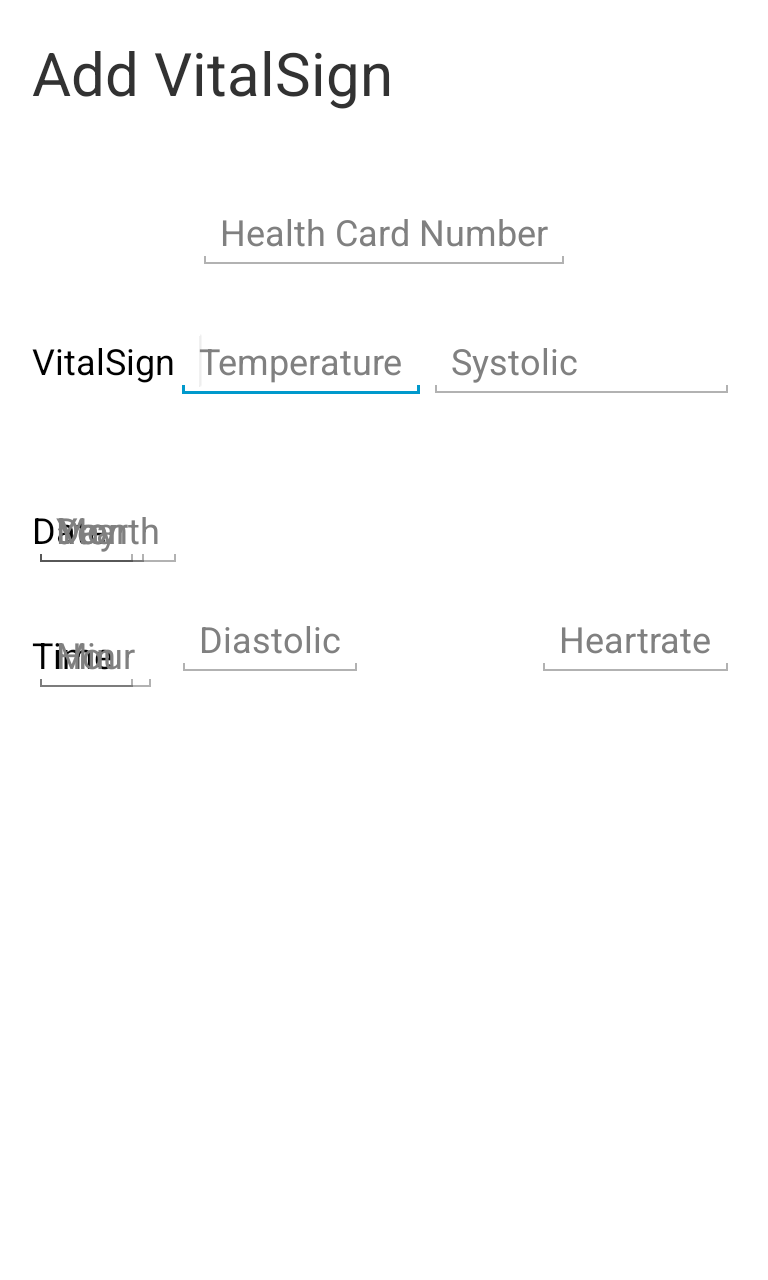
Repository: wangyuan0915/ER
Layout: workspace2/phase3/res/layout/activity_add_vital_sign.xml
The author's editor kept a copy of each file at every save. The layout is drawn from the files as they stood at one save, then again after the next save.
It is drawn on a 768 x 1280 px phone screen (xhdpi) without system bars, with theme AppTheme; the app's code is not run.

Above is the layout before, as saved 2013-11-24 06:26:07.

### workspace2/phase3/res/layout/activity_add_vital_sign.xml
<RelativeLayout xmlns:android="http://schemas.android.com/apk/res/android"
    xmlns:tools="http://schemas.android.com/tools"
    android:layout_width="match_parent"
    android:layout_height="match_parent"
    android:paddingBottom="@dimen/activity_vertical_margin"
    android:paddingLeft="@dimen/activity_horizontal_margin"
    android:paddingRight="@dimen/activity_horizontal_margin"
    android:paddingTop="@dimen/activity_vertical_margin"
    tools:context=".AddVitalSignActivity" >

    <TextView
        android:id="@+id/addvitalsign"
        android:layout_width="wrap_content"
        android:layout_height="wrap_content"
        android:layout_alignParentLeft="true"
        android:layout_alignParentTop="true"
        android:textSize="30sp"
        android:text="@string/Add_VitalSign" />

    <EditText
        android:id="@+id/healthcardnum"
        android:layout_width="wrap_content"
        android:layout_height="wrap_content"
        android:layout_below="@+id/addvitalsign"
        android:layout_centerHorizontal="true"
        android:layout_marginTop="40dp"
        android:hint="@string/Health_Card_Number"
        android:textAppearance="?android:attr/textAppearanceMedium" />

    <TextView
        android:id="@+id/VitalSign"
        android:layout_width="wrap_content"
        android:layout_height="wrap_content"
        android:layout_alignLeft="@+id/addvitalsign"
        android:layout_below="@+id/healthcardnum"
        android:layout_marginTop="32dp"
        android:text="@string/VitalSign"
        android:textAppearance="?android:attr/textAppearanceMedium" />

    <EditText
        android:id="@+id/temperature"
        android:layout_width="wrap_content"
        android:layout_height="wrap_content"
        android:layout_alignBaseline="@+id/VitalSign"
        android:layout_alignBottom="@+id/VitalSign"
        android:layout_toRightOf="@+id/VitalSign"
        android:hint="@string/Temperature"
        android:inputType="numberDecimal"
        android:textAppearance="?android:attr/textAppearanceMedium" >

        <requestFocus />
    </EditText>

    <EditText
        android:id="@+id/systolic"
        android:layout_width="wrap_content"
        android:layout_height="wrap_content"
        android:layout_alignBaseline="@+id/temperature"
        android:layout_alignBottom="@+id/temperature"
        android:layout_toRightOf="@+id/temperature"
        android:ems="10"
        android:hint="@string/Systolic"
        android:textAppearance="?android:attr/textAppearanceMedium" />

    <EditText
        android:id="@+id/diastolic"
        android:layout_width="wrap_content"
        android:layout_height="wrap_content"
        android:layout_alignLeft="@+id/temperature"
        android:layout_centerVertical="true"
        android:hint="@string/Diastolic"
        android:textAppearance="?android:attr/textAppearanceMedium" />

    <EditText
        android:id="@+id/heartrate"
        android:layout_width="wrap_content"
        android:layout_height="wrap_content"
        android:layout_alignRight="@+id/systolic"
        android:layout_centerVertical="true"
        android:hint="@string/Heartrate"
        android:textAppearance="?android:attr/textAppearanceMedium" />

    <TextView
        android:id="@+id/current_date"
        android:layout_width="wrap_content"
        android:layout_height="wrap_content"
        android:layout_alignLeft="@+id/VitalSign"
        android:layout_below="@+id/VitalSign"
        android:layout_marginTop="60dp"
        android:text="@string/Date"
        android:textAppearance="?android:attr/textAppearanceMedium" />

    <EditText
        android:id="@+id/current_year"
        android:layout_width="wrap_content"
        android:layout_height="wrap_content"
        android:layout_alignBaseline="@+id/current_date"
        android:layout_alignBottom="@+id/current_date"
        android:layout_alignLeft="@+id/birth_of_year"
        android:layout_toLeftOf="@+id/birth_of_month"
        android:inputType="number"
        android:hint="@string/Year"
        android:textAppearance="?android:attr/textAppearanceMedium" />

    <EditText
        android:id="@+id/current_month"
        android:layout_width="wrap_content"
        android:layout_height="wrap_content"
        android:layout_alignBaseline="@+id/current_date"
        android:layout_alignBottom="@+id/current_date"
        android:layout_alignLeft="@+id/birth_of_month"
        android:layout_toLeftOf="@+id/birth_of_day"
        android:inputType="number"
        android:hint="@string/Month"
        android:textAppearance="?android:attr/textAppearanceMedium" />




    <EditText
        android:id="@+id/current_day"
        android:layout_width="wrap_content"
        android:layout_height="wrap_content"
        android:layout_alignBaseline="@+id/current_date"
        android:layout_alignBottom="@+id/current_date"
        android:layout_alignLeft="@+id/birth_of_day"
        android:inputType="number"
        android:hint="@string/Day"
        android:textAppearance="?android:attr/textAppearanceMedium" />

    <TextView
        android:id="@+id/current_time"
        android:layout_width="wrap_content"
        android:layout_height="wrap_content"
        android:layout_alignLeft="@+id/current_date"
        android:layout_below="@+id/current_year"
        android:layout_marginTop="30dp"
        android:text="@string/Time"
        android:textAppearance="?android:attr/textAppearanceMedium" />

    <EditText
        android:id="@+id/current_hour"
        android:layout_width="wrap_content"
        android:layout_height="wrap_content"
        android:layout_alignBaseline="@+id/current_time"
        android:layout_alignBottom="@+id/current_time"
        android:layout_alignLeft="@+id/current_year"
        android:inputType="number"
        android:hint="@string/Hour"
        android:textAppearance="?android:attr/textAppearanceMedium" />

    <EditText
        android:id="@+id/current_minute"
        android:layout_width="wrap_content"
        android:layout_height="wrap_content"
        android:layout_alignBaseline="@+id/current_hour"
        android:layout_alignBottom="@+id/current_hour"
        android:layout_alignRight="@+id/current_day"
        android:inputType="number"
        android:hint="@string/Minute"
        android:textAppearance="?android:attr/textAppearanceMedium" />

</RelativeLayout>

### workspace2/phase3/res/values/strings.xml
<?xml version="1.0" encoding="utf-8"?>
<resources>

    <string name="app_name">phase3</string>
    <string name="action_settings">Settings</string>
    <string name="hello_world">Hello world!</string>
    <string name="Login">Login</string>
    <string name="username">username</string>
    <string name="password">password</string>
    <string name="Nurse">Nurse</string>
    <string name="Physician">Physician</string>
    <string name="login">login</string>
    <string name="title_activity_choice">ChoiceActivity</string>
    <string name="title_activity_physician__choice">Physician_ChoiceActivity</string>
    <string name="Hello">Hello</string>
    <string name="Add_a_new_patient">Add a new patient</string>
    <string name="Add_VitalSign">Add VitalSign</string>
    <string name="title_activity_new_patient">NewPatientActivity</string>
    <string name="title_activity_add_vital_sign">AddVitalSignActivity</string>
    <string name="New_Patient">New Patient</string>
    <string name="patient_name">patient\'s name</string>
    <string name="Health_Card_Number">Health Card Number</string>
    <string name="Birthday">Birthday</string>
    <string name="Year">Year</string>
    <string name="Month">Month</string>
    <string name="Day">Day</string>
    <string name="Date">Date</string>
    <string name="Time">Time</string>
    <string name="Hour">Hour</string>
    <string name="Minute">Minute</string>
    <string name="Submit">Submit</string>
    <string name="VitalSign">VitalSign</string>
    <string name="Temperature">Temperature</string>
    <string name="Systolic">Systolic</string>
    <string name="Diastolic">Diastolic</string>
    <string name="Heartrate">Heartrate</string>

</resources>

Loaded but not shown: workspace2/phase3/res/values/styles.xml (common file); workspace2/phase3/res/values-v11/styles.xml (common file); workspace2/phase3/res/values-v14/styles.xml (common file); workspace2/phase3/res/values/dimens.xml (common file)

After the next save:
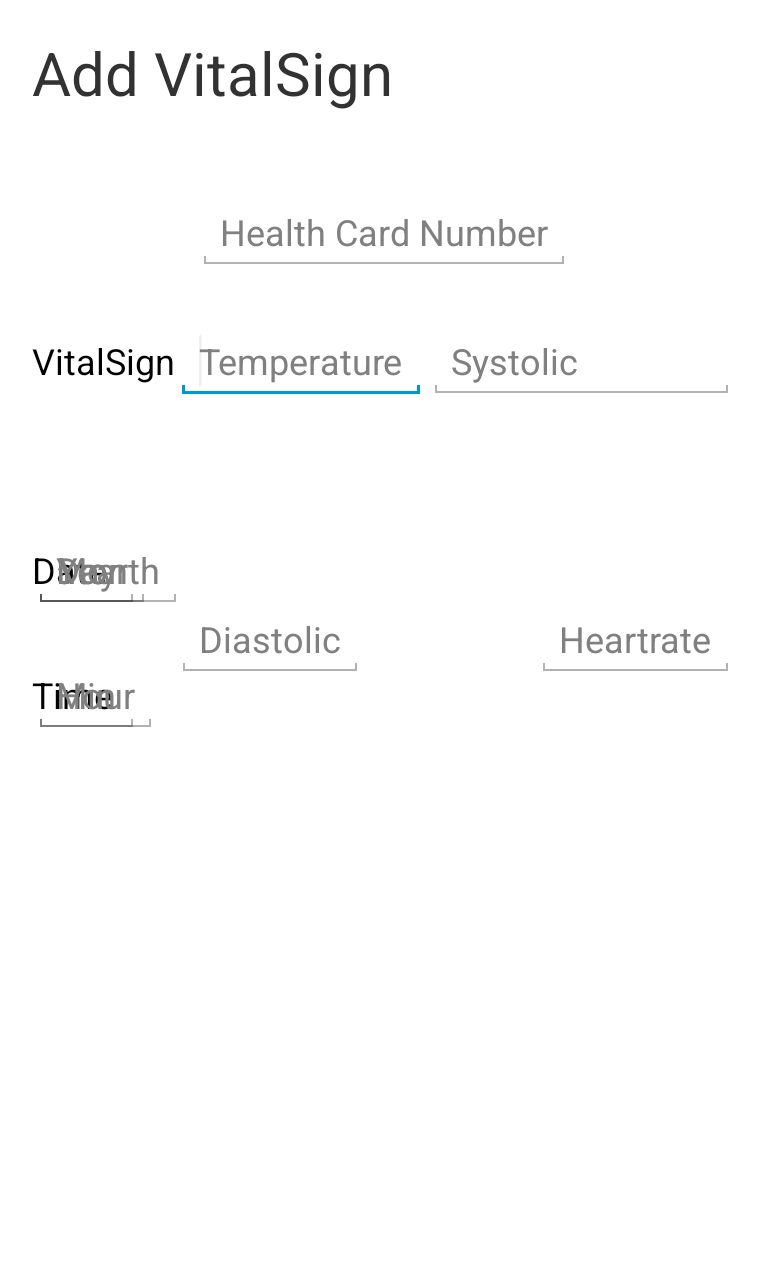
Saved 12 s later.
--- a/workspace2/phase3/res/layout/activity_add_vital_sign.xml
+++ b/workspace2/phase3/res/layout/activity_add_vital_sign.xml
@@ -86,7 +86,7 @@
         android:layout_height="wrap_content"
         android:layout_alignLeft="@+id/VitalSign"
         android:layout_below="@+id/VitalSign"
-        android:layout_marginTop="60dp"
+        android:layout_marginTop="80dp"
         android:text="@string/Date"
         android:textAppearance="?android:attr/textAppearanceMedium" />
 
